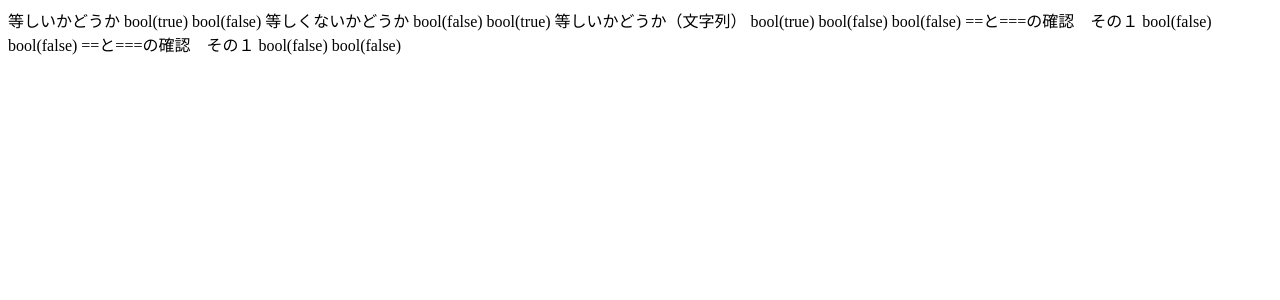
Repository: tamuramasumi/WEBCAMP_PHP_Beginner
Page: http://localhost/operator.php
The author's editor kept a record of every edit. The page is drawn from the files as they stood at one moment, then again after the next edit.
The browser window is 1280 px wide. The pictures show the whole page.
The page is run by PHP 8.4 with error messages shown; the project is at /var/www/html/.

Above is the page before.

### operator.php
<?php

$i = 1;
echo "等しいかどうか\n";
var_dump($i === 1);
var_dump($i === 2);

//
echo "\n";
echo "等しくないかどうか\n";
var_dump($i !== 1);
var_dump($i !== 2);

//
echo "\n";
echo "等しいかどうか（文字列）\n";
$s = 'abc';
var_dump($s === 'abc');
var_dump($s === 'ABC');
var_dump($s === 'a');

// ==と===の確認　その1
echo "\n";
echo "==と===の確認　その１\n";
var_dump($s ==1);
var_dump($s ===1);

// ==と===の確認　その2
echo "\n";
echo "==と===の確認　その１\n";
var_dump($s ==1);
var_dump($s ===1);

After the next edit:
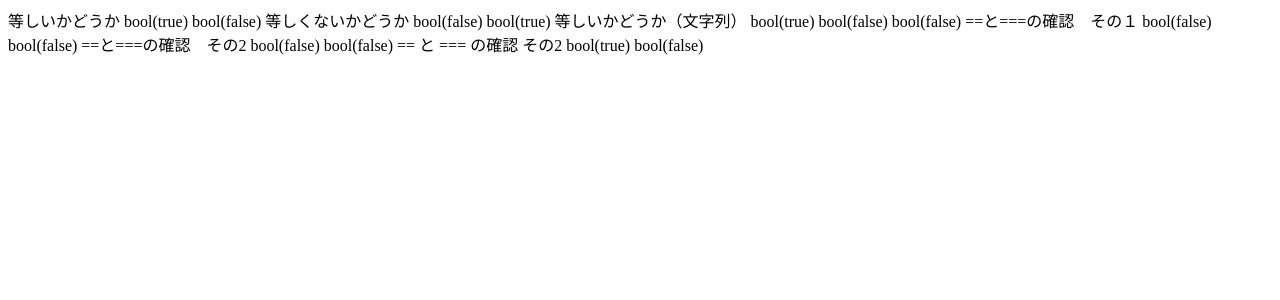
The edit:
--- a/operator.php
+++ b/operator.php
@@ -27,6 +27,12 @@
 
 // ==と===の確認　その2
 echo "\n";
-echo "==と===の確認　その１\n";
-var_dump($s ==1);
-var_dump($s ===1);
+echo "==と===の確認　その2\n";
+var_dump($s == '1');
+var_dump($s === '1');
+
+// == と === の確認 その2
+echo "\n";
+echo "== と === の確認 その2\n";
+var_dump($i == '1');
+var_dump($i === '1');
